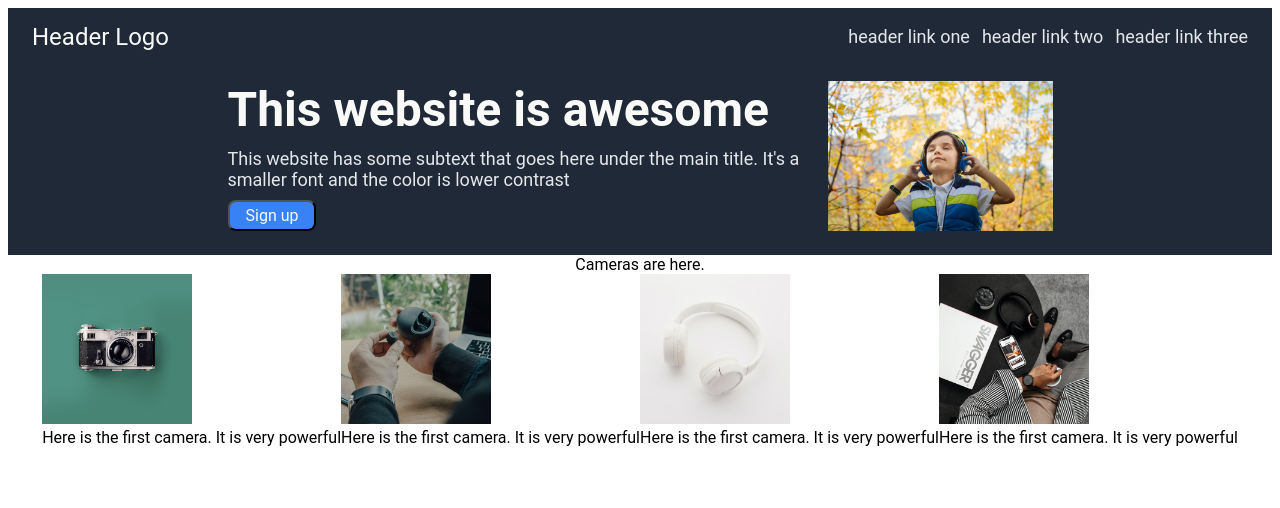
Repository: z1youRA/FirstWebsite
Page: index.html
An editor plug-in stored every save of this project. The page is shown before and after the next save, followed by the edit.
The browser window is 1280 px wide. The pictures show the whole page.

Above is the page before, as saved 2021-11-25 17:44:21.

After the next save:
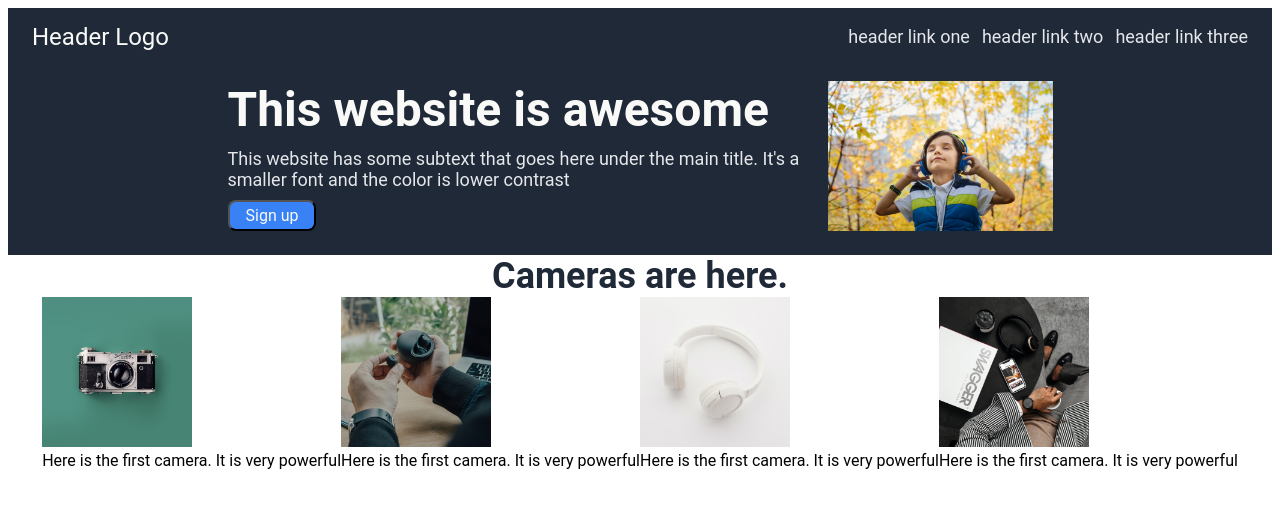
Saved 44 s later.
--- a/styles.css
+++ b/styles.css
@@ -80,11 +80,13 @@ ul {
 
 .device {
     text-align: center;
-    max-width: 50px;
 }
 
 .info .header {
     text-align: center;
+    font-size: 36px;
+    font-weight: bolder;
+    color: #1f2937;
 }
 
 .info .pics {
